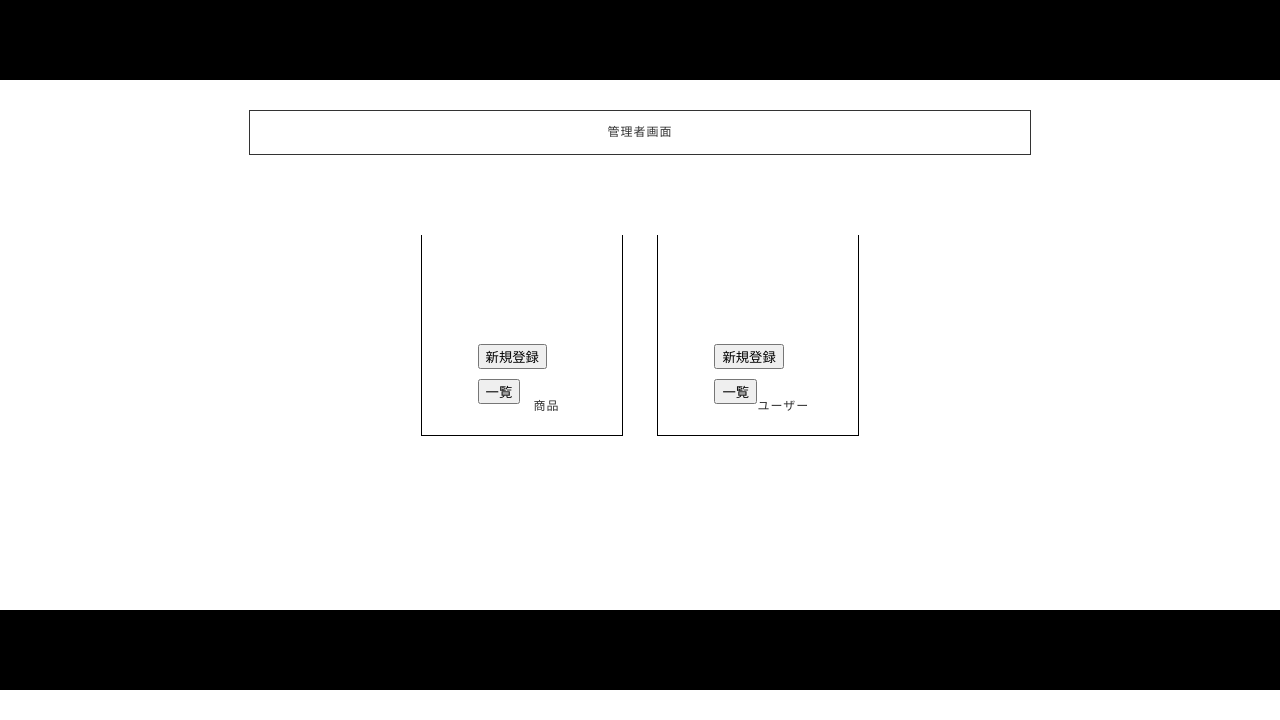
Repository: hiraide8/test
Page: http://localhost/ecsite/admin.jsp
These files come from the project's save history. The page is drawn as it stood at one moment and after the next save; the edit follows.
The browser window is 1280 px wide. The pictures show the whole page.
The page is served by Tomcat 9.

Above is the page before, as saved 2019-01-23 11:55:55.

After the next save:
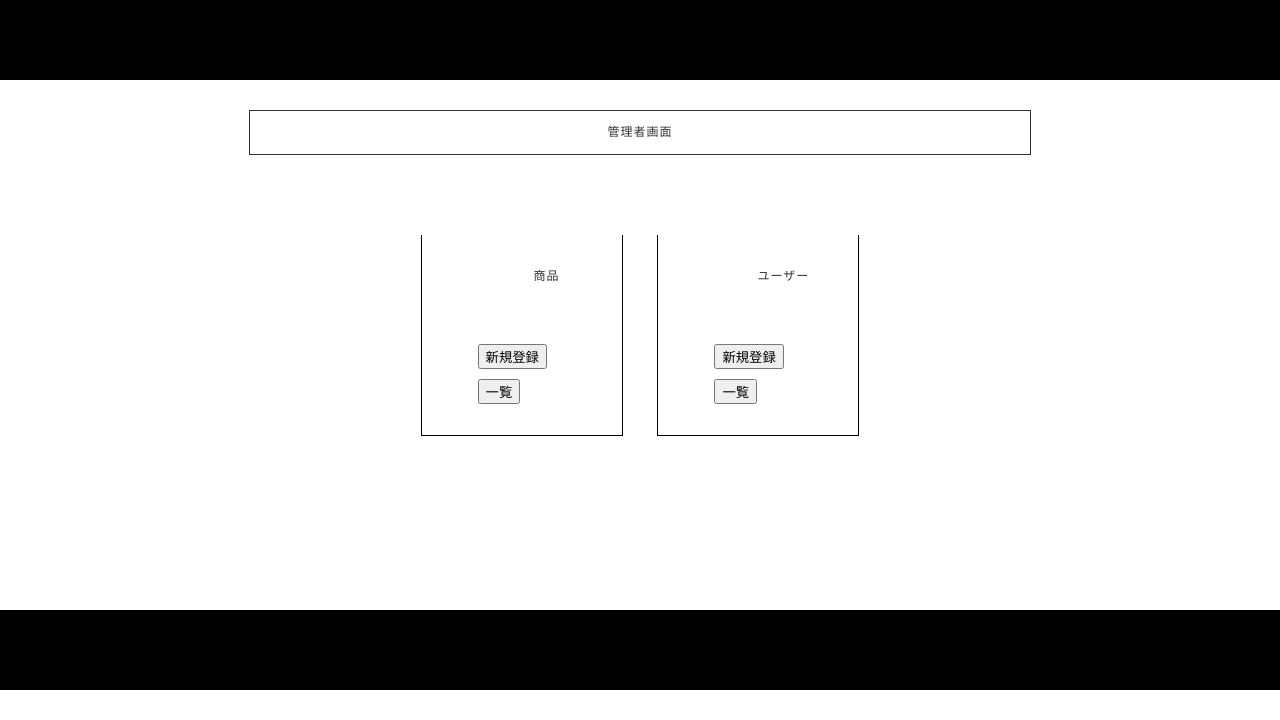
Saved 28 s later.
--- a/ecsite/WebContent/admin.jsp
+++ b/ecsite/WebContent/admin.jsp
@@ -65,7 +65,7 @@
                 }
                 .bbb{
                   position:relative;
-                  top:150px;
+                  top:20px;
                   left:25px;
                 }
        </style>
